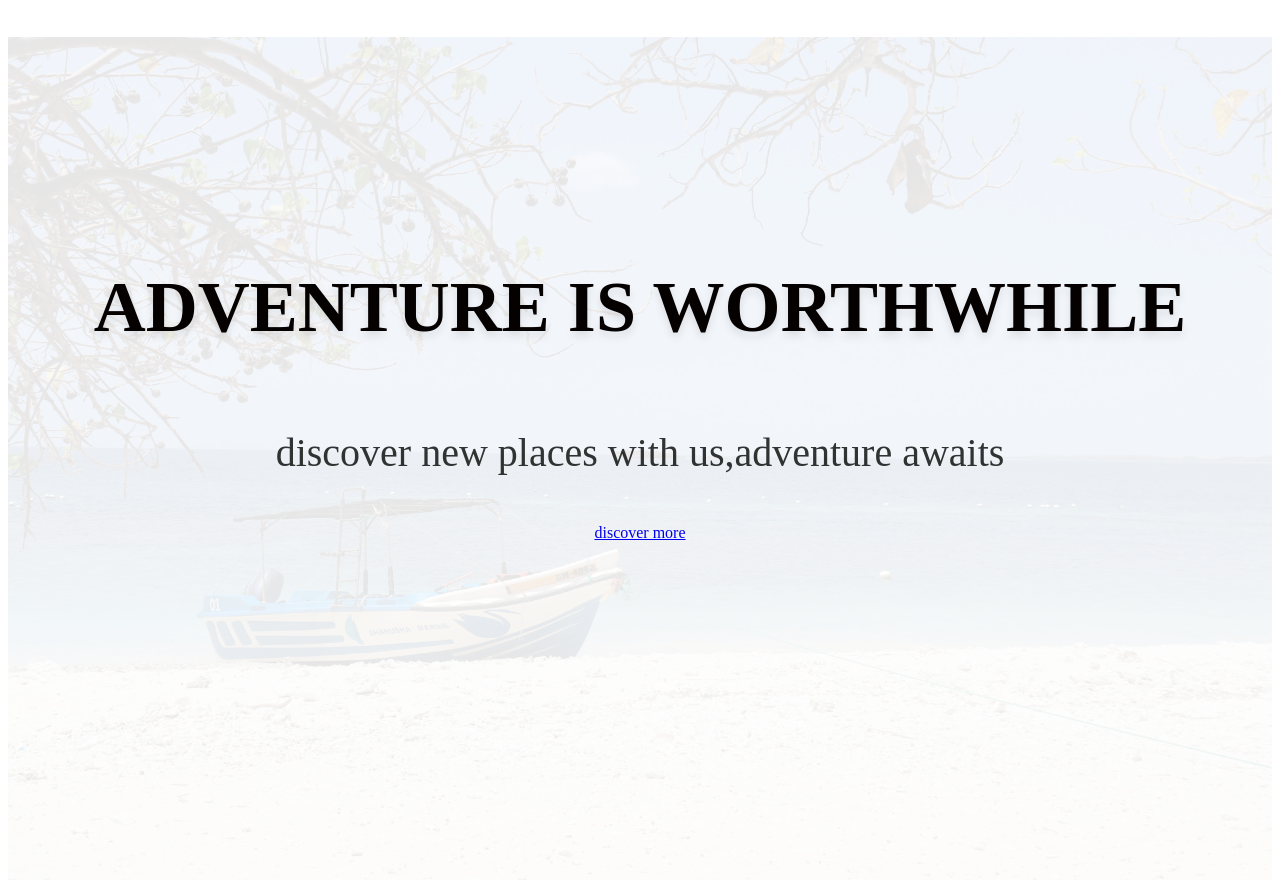
Repository: KasunInd27/Ceylon-Journey
Page: Home/home.html
These files come from the project's save history. The page is drawn as it stood at one moment and after the next save; the edit follows.
The browser window is 1280 px wide. The pictures show the whole page.

Above is the page before, as saved 2024-10-05 13:58:58.
Console error: SyntaxError: Unexpected token '<'

### Home/home.html
<!DOCTYPE html>
<html lang="en">
<head>
    <meta charset="UTF-8">
    <meta name="viewport" content="width=device-width, initial-scale=1.0">
    <!-- Font Awesome CDN link for using icons -->
    <link rel="stylesheet" href="https://cdnjs.cloudflare.com/ajax/libs/font-awesome/5.15.3/css/all.min.css">
    <link href="https://fonts.googleapis.com/css2?family=Roboto:wght@400;700&display=swap" rel="stylesheet">

    <link rel="stylesheet" href="CSS/home.css">
    <script src="JS/home.js"></script>
    <style>
        .mySlides {display:none;}
    </style>
    <title>Home Page</title>
</head>
<body>
    <section class="home" id="home">
        <div class="content">
            <h3>adventure is worthwhile</h3>
            <p>discover new places with us,adventure awaits</p>
            <a href="#" class="btn">discover more</a>
        </div>

        <div class="slide">
            <img class="homeSlides" src="../image/train.jpg" style="width:100%">
            <img class="homeSlides" src="../image/elephants.jpg" style="width:100%">
            <img class="homeSlides" src="../image/boat.jpg" style="width:100%">
            <img class="homeSlides" src="../image/fish.jpg" style="width:100%">
            <img class="homeSlides" src="../image/arc.jpg" style="width:100%">
        </div>
    </section>

    <script>
        var myIndex = 0;
        carousel();

        function carousel() {
          var i;
          var x = document.getElementsByClassName("homeSlides");
          for (i = 0; i < x.length; i++) {
            x[i].style.display = "none";
          }
          myIndex++;
          if (myIndex > x.length) {myIndex = 1}
          x[myIndex-1].style.display = "block";
          setTimeout(carousel, 2000); // Change image every 2 seconds
        }
        </script>


</body>
</html>

### Home/CSS/home.css
.home.controls {
    padding: 1rem;
    border-radius: 5rem;
    background: rgba(0, 0, 0, .7);
    position: relative;
    top: 10rem;

}

.home .controls .img-btn {

    height: 2rem;
    width: 2rem;
    display: inline-block;
    border-radius: 50%;
    background: #fff;
    cursor: pointer;
    margin: 0 .5rem;

}
.home .controls .img-btn.active {
    background: var(--orange);

}
#home {
    min-height: 100vh;
    /* Ensures it takes up the full viewport height */
    display: flex;
    /* Enables flexbox layout */
    align-items: center;
    /* Vertically centers content */
    justify-content: center;
    /* Horizontally centers content */
    flex-flow: column;
    /* Aligns children in a column layout */
    position: relative;
    /* Allows child elements to use absolute positioning */
    z-index: 0;
    /* Ensures this section has the correct stacking order */
}
.home .content {
    text-align: center;
    /* Centers the text within the .content container */
}
/* Styles for h3 elements inside the .content class within the .home section */

.home .content h3 {
    font-size: 4.5rem;
    /* Sets a large font size for the heading */
    color: #060101;
    /* White text color */
    text-transform: uppercase;
    /* Makes the text uppercase */
    text-shadow: 0 .3rem .5rem rgba(0, 0, 0, .1);
    /* Adds a soft shadow to the text */


}

.home .content p {
    font-size: 2.5rem;
    /* Sets the font size for paragraphs inside the .content class in the .home section */
    color: #010401;
    /* Sets the text color to white */
    padding: 0.5rem 0;
    /* Adds vertical padding (top and bottom) of 0.5rem */
    opacity: 0.80;
}

.slide
{
    margin-top: -590px;
    background-size:contain;
    background-position:center;
    background-repeat: no-repeat;
    position:absolute;
    width: 100%;
    height: 10%;
    opacity: 0.100;
    z-index: -5;
}

### Home/JS/home.js
<!DOCTYPE html>
<html lang="en">
<head>
    <meta charset="UTF-8">
    <meta name="viewport" content="width=device-width, initial-scale=1.0">
    <!-- Font Awesome CDN link for using icons -->
    <link rel="stylesheet" href="https://cdnjs.cloudflare.com/ajax/libs/font-awesome/5.15.3/css/all.min.css">
    <link href="https://fonts.googleapis.com/css2?family=Roboto:wght@400;700&display=swap" rel="stylesheet">

    <link rel="stylesheet" href="CSS/home.css">
    <script src="JS/home.js"></script>
    <style>.imgSlide {display:none;}</style>
    <title>Home Page</title>
</head>
<body>
    <section class="home" id="home">
        <div class="content">
            <h3>adventure is worthwhile</h3>
            <p>discover new places with us,adventure awaits</p>
            <a href="#" class="btn">discover more</a>
        </div>

        <div class="image-slide" style="max-width:500px">
            <img class="imgSlide" src="../image/train.jpg" style="width:100%">
            <img class="imgSlide" src="../image/elephants.jpg" style="width:100%">
            <img class="imgSlide" src="../image/boats.jpg" style="width:100%">
            <img class="imgSlide" src="../image/fish.jpg" style="width:100%">
            <img class="imgSlide" src="../image/arc.jpg" style="width:100%">

        </div>


    </section>
</body>
</html>

After the next save:
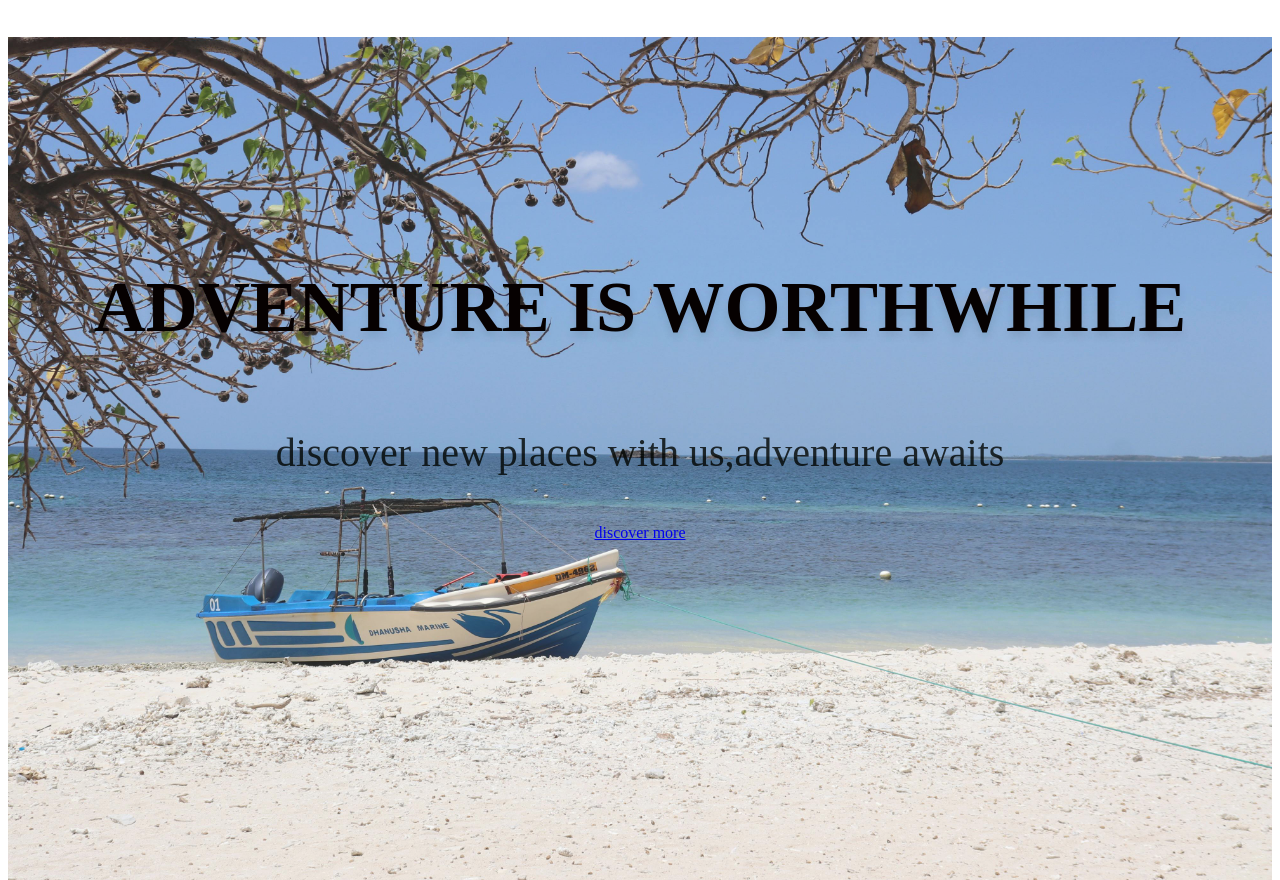
Saved 9 s later.
--- a/Home/CSS/home.css
+++ b/Home/CSS/home.css
@@ -76,6 +76,6 @@
     position:absolute;
     width: 100%;
     height: 10%;
-    opacity: 0.100;
+    opacity: 0.90;
     z-index: -5;
 }
